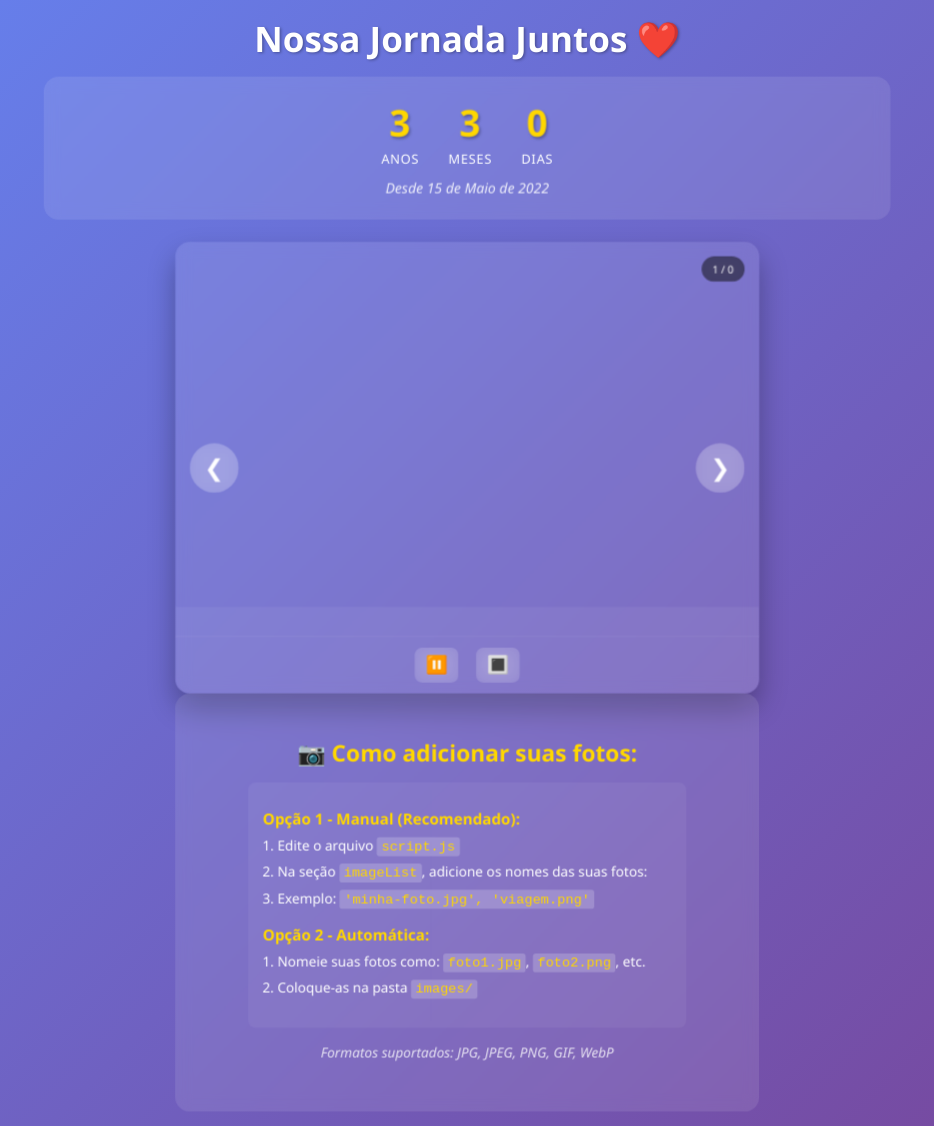
Repository: yan-luca/vic-yan
Page: index.html
An editor plug-in stored every save of this project. The page is shown before and after the next save, followed by the edit.
The browser window is 1280 px wide. The pictures show the whole page, at 73% of full size.

Above is the page before, as saved 2025-08-14 11:30:51.

After the next save:
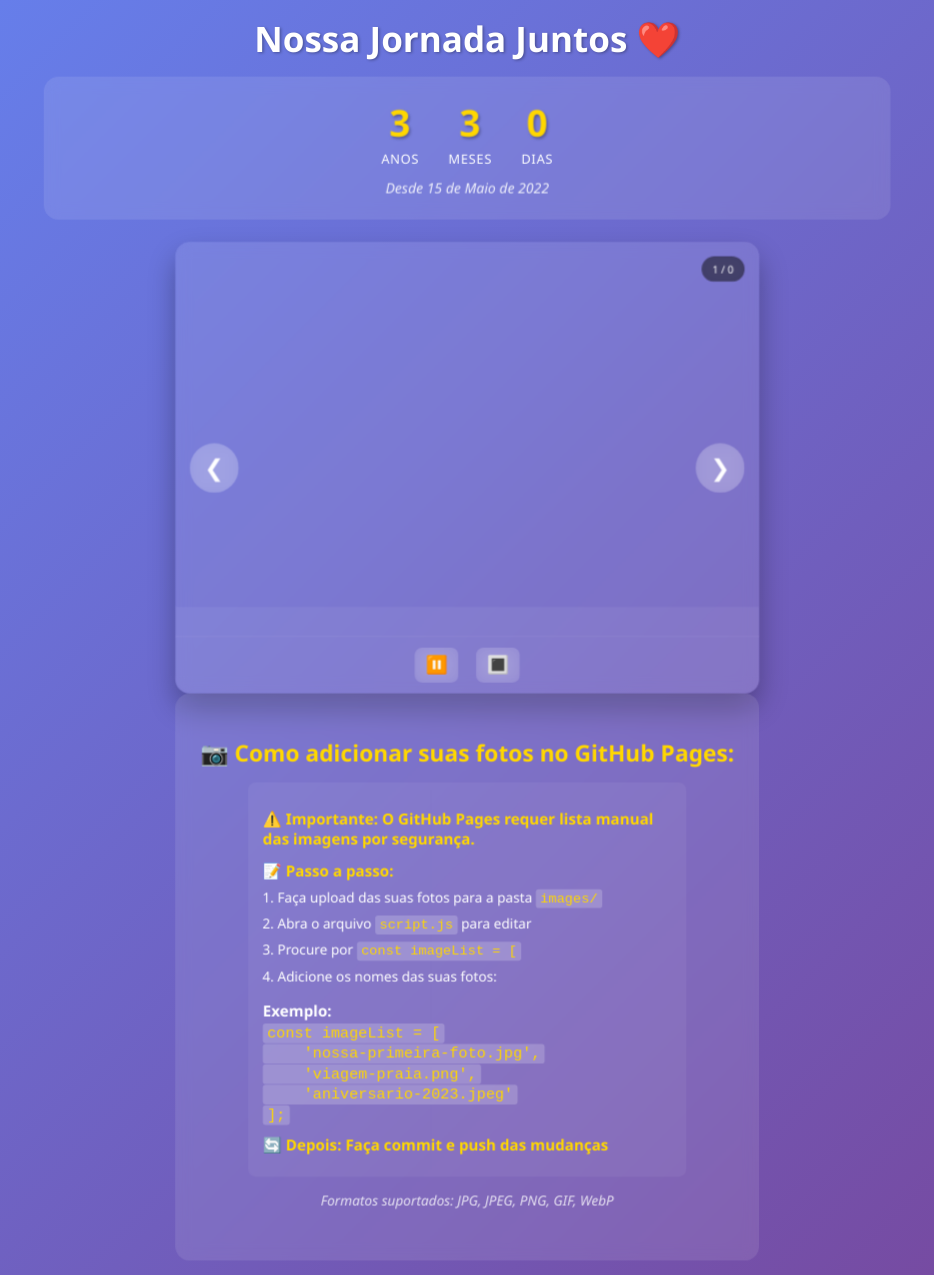
Saved 16 s later.
--- a/index.html
+++ b/index.html
@@ -57,20 +57,28 @@
             </div>
 
             <div class="no-images" id="noImages" style="display: none;">
-                <h3>📷 Como adicionar suas fotos:</h3>
+                <h3>📷 Como adicionar suas fotos no GitHub Pages:</h3>
                 <div class="instructions">
-                    <p><strong>Opção 1 - Manual (Recomendado):</strong></p>
+                    <p><strong>⚠️ Importante:</strong> O GitHub Pages requer lista manual das imagens por segurança.</p>
+
+                    <p><strong>📝 Passo a passo:</strong></p>
                     <ol>
-                        <li>Edite o arquivo <code>script.js</code></li>
-                        <li>Na seção <code>imageList</code>, adicione os nomes das suas fotos:</li>
-                        <li>Exemplo: <code>'minha-foto.jpg', 'viagem.png'</code></li>
+                        <li>Faça upload das suas fotos para a pasta <code>images/</code></li>
+                        <li>Abra o arquivo <code>script.js</code> para editar</li>
+                        <li>Procure por <code>const imageList = [</code></li>
+                        <li>Adicione os nomes das suas fotos:</li>
                     </ol>
 
-                    <p><strong>Opção 2 - Automática:</strong></p>
-                    <ol>
-                        <li>Nomeie suas fotos como: <code>foto1.jpg</code>, <code>foto2.png</code>, etc.</li>
-                        <li>Coloque-as na pasta <code>images/</code></li>
-                    </ol>
+                    <div class="code-example">
+                        <strong>Exemplo:</strong><br>
+                        <code>const imageList = [</code><br>
+                        <code>&nbsp;&nbsp;&nbsp;&nbsp;'nossa-primeira-foto.jpg',</code><br>
+                        <code>&nbsp;&nbsp;&nbsp;&nbsp;'viagem-praia.png',</code><br>
+                        <code>&nbsp;&nbsp;&nbsp;&nbsp;'aniversario-2023.jpeg'</code><br>
+                        <code>];</code>
+                    </div>
+
+                    <p><strong>🔄 Depois:</strong> Faça commit e push das mudanças</p>
                 </div>
                 <p class="formats">Formatos suportados: JPG, JPEG, PNG, GIF, WebP</p>
             </div>
